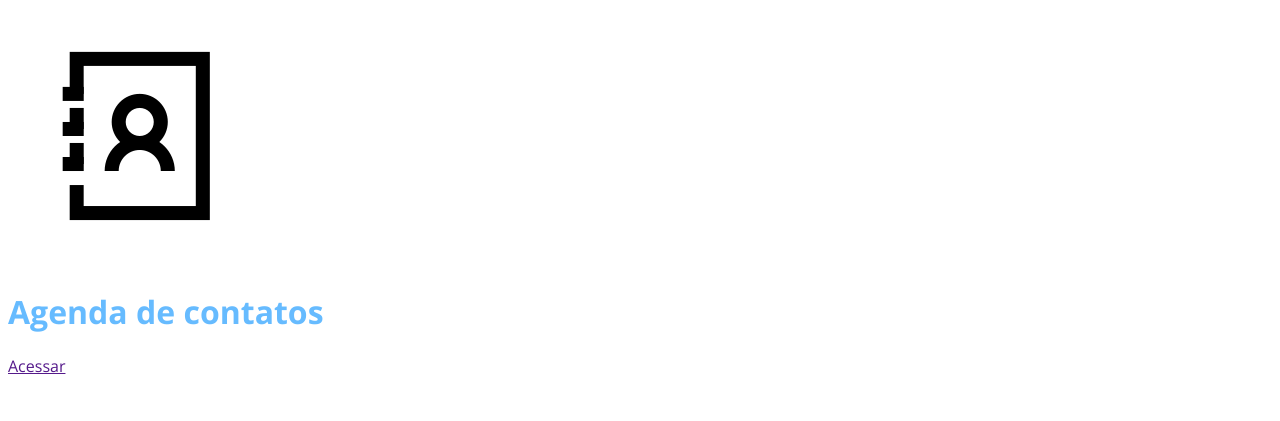
Repository: sergiotales1/agendactt-java
Page: agenda/src/main/webapp/index.html
An editor plug-in stored every save of this project. The page is shown before and after the next save, followed by the edit.
The browser window is 1280 px wide. The pictures show the whole page.

Above is the page before, as saved 2023-11-25 14:34:03.

### agenda/src/main/webapp/index.html
<!DOCTYPE html>
<html lang="pt-br">
<head>
<meta charset="UTF-8">
<title>Agenda de contatos</title>
<link rel="icon" href="imagens/favicon.png">
<link rel="stylesheet" href="style.css">
</head>
<body>
	<img src="imagens/agenda.png">
	<h1>Agenda de contatos</h1>
	<a href="">Acessar</a>
</body>
</html>

### agenda/src/main/webapp/style.css
@charset "UTF-8";
@import url('https://fonts.googleapis.com/css2?family=Open+Sans:wght@400;700&display=swap');

body {
	font-family: 'Open Sans', sans-serif;
	font-size: 1em;
	font-weight: 400;
}

h1{
	color: #66bbff;
}

.Botao1{
	text-decoration: none;
	background-color: #66bbff;
	padding: 5px 10px;

}

After the next save:
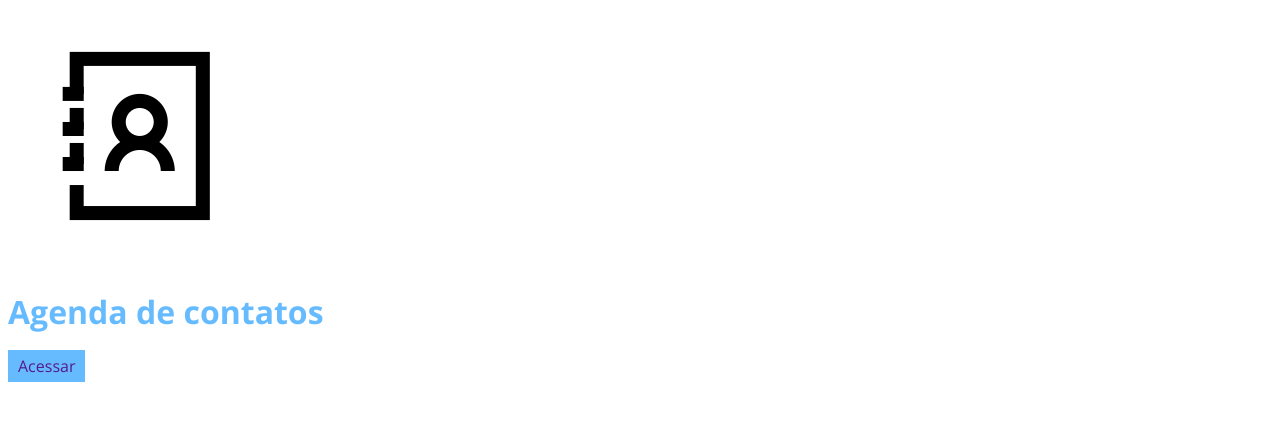
Saved 10 s later.
--- a/agenda/src/main/webapp/index.html
+++ b/agenda/src/main/webapp/index.html
@@ -9,6 +9,6 @@
 <body>
 	<img src="imagens/agenda.png">
 	<h1>Agenda de contatos</h1>
-	<a href="">Acessar</a>
+	<a href="" class="Botao1">Acessar</a>
 </body>
 </html>
